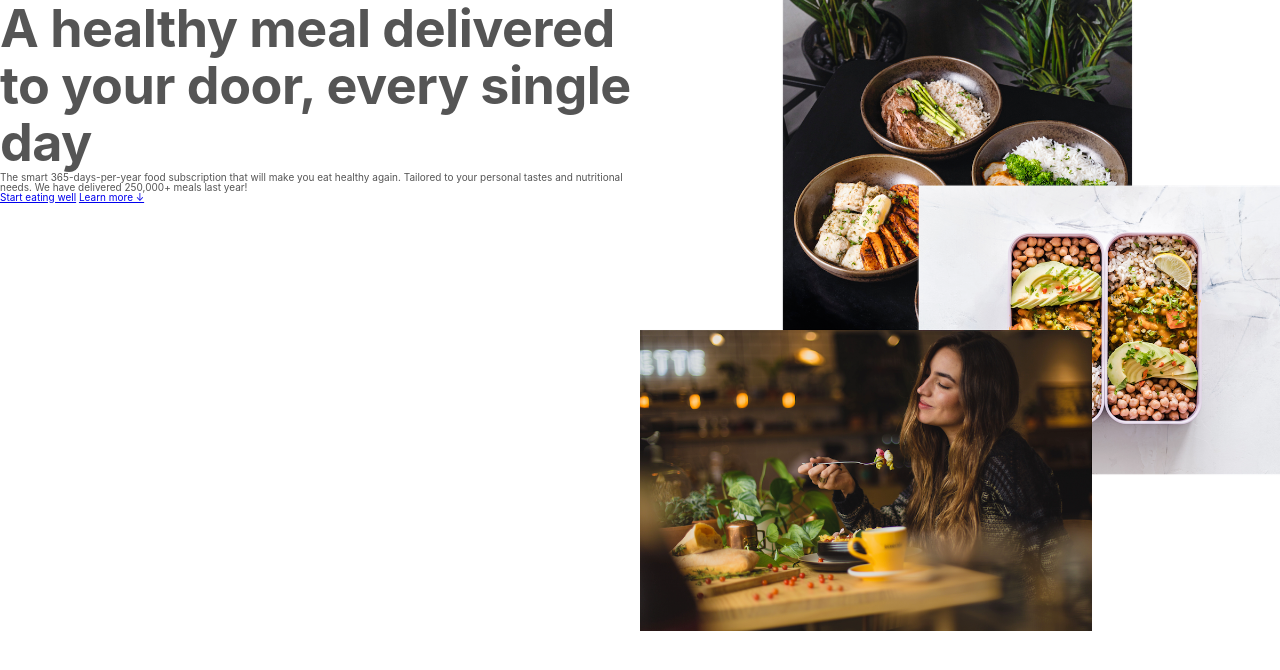
Repository: WefsCao/Omnifood
Page: index.html
An editor plug-in stored every save of this project. The page is shown before and after the next save, followed by the edit.
The browser window is 1280 px wide. The pictures show the whole page.

Above is the page before, as saved 2022-06-04 12:34:00.

After the next save:
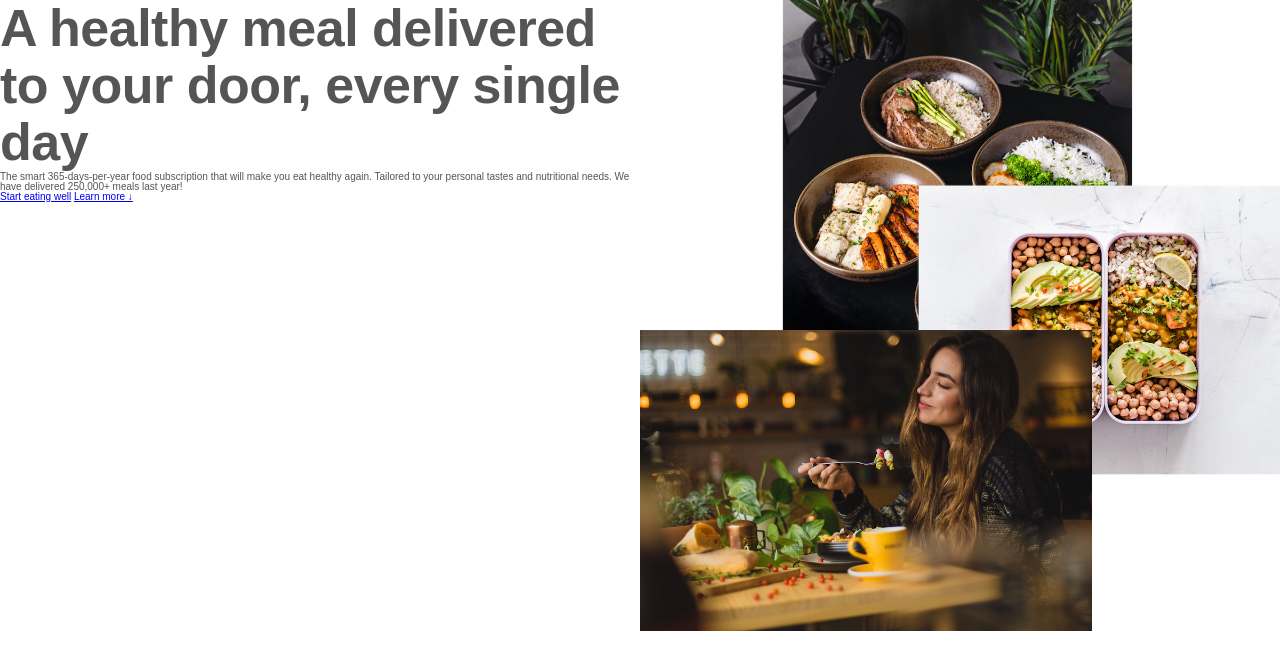
Saved 5 s later.
--- a/css/style.css
+++ b/css/style.css
@@ -37,7 +37,7 @@
   box-sizing: border-box;
 }
 body {
-  font-family: "Inter", sans-serif;
+  font-family: sans-serif;
   color: #555;
   font-weight: 400;
   line-height: 1;
